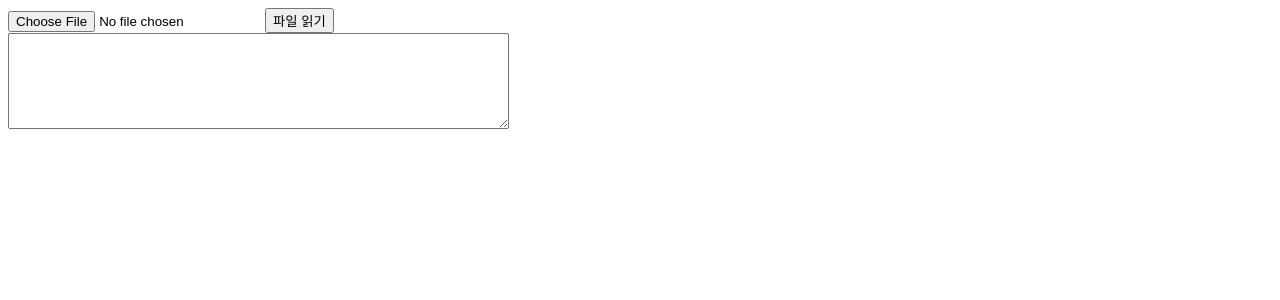
Repository: ssipflow/Acorn
Page: http://localhost/LayOut/post/newPost.jsp
An editor plug-in stored every save of this project. The page is shown before and after the next save, followed by the edit.
The browser window is 1280 px wide. The pictures show the whole page.
The page is served by Tomcat 9.

Above is the page before, as saved 2017-03-17 05:03:58.

After the next save:
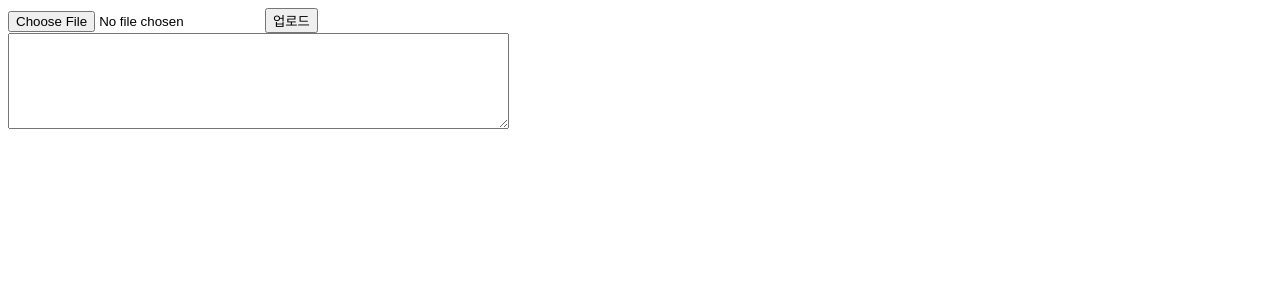
Saved 6 min 58 s later.
--- a/LayOut/WebContent/post/newPost.jsp
+++ b/LayOut/WebContent/post/newPost.jsp
@@ -26,14 +26,15 @@
 		output += file.size + "bytes\n";
 		output += file.lastModifiedDate + "\n";
 
-
-		document.getElementById('result').value = output;
+		console.log(file.value)
+		document.getElementById('result').innserHTML = output;
 	}
 </script>
 </head>
 <body>
 	<input type="file" id="file" name="file">
-	<button id="readfile" onclick="readFile()">파일 읽기</button><br/>
+	<button id="readfile" onClick="readFile()">업로드</button><br/>
+	<div id="postView"></div>
 	<textarea id="result" rows="6" cols="60"></textarea>
 </body>
 </html>
